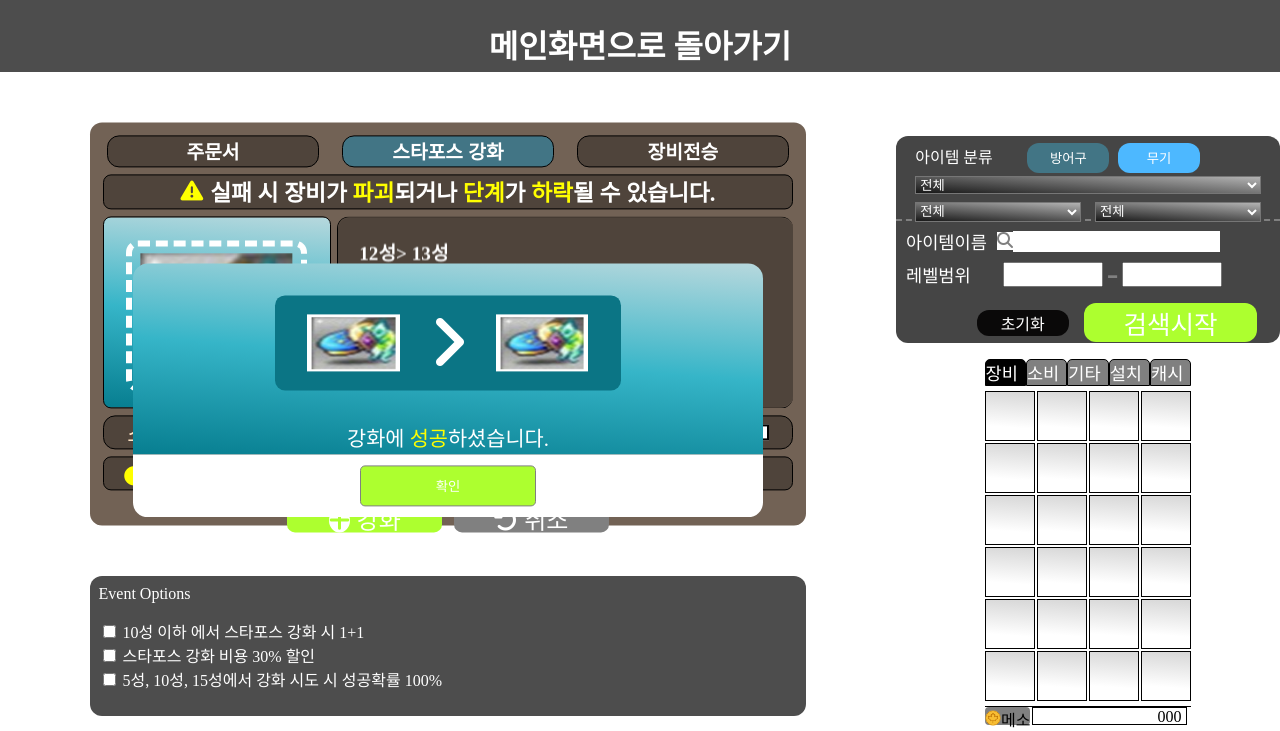
Repository: Unique0902/maple-sim
Page: starsim.html
These files come from the project's save history. The page is drawn as it stood at one moment and after the next save; the edit follows.
The browser window is 1280 px wide. The pictures show the whole page.
Some web libraries are served in a nearby version.

Above is the page before, as saved 2022-07-19 00:40:45.

After the next save:
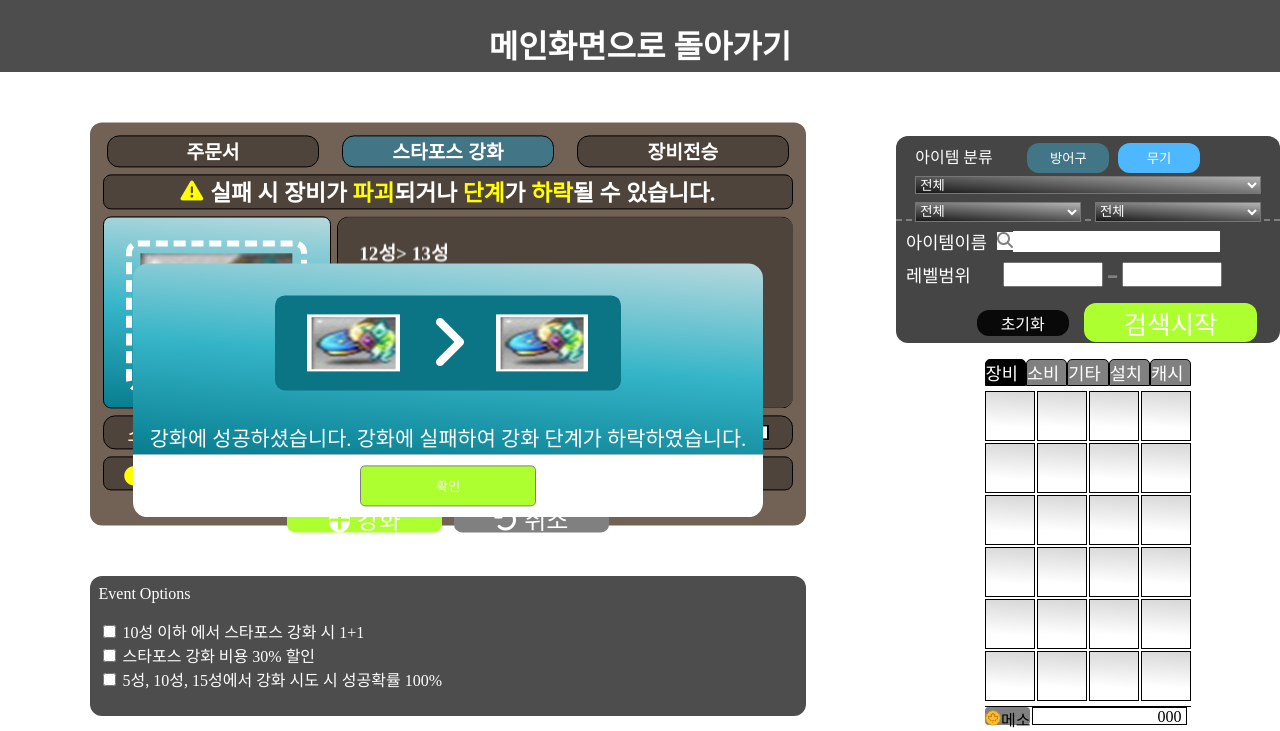
Saved 111 s later.
--- a/starsim.html
+++ b/starsim.html
@@ -146,7 +146,8 @@
                 </div>
               </div>
               <div class="reinforceResultBox__description">
-                <span id="resultSuccessText">강화에 <span class="yellow">성공</span>하셨습니다.</span>
+                <span id="resultSuccessText">강화에 <span id="yellow">성공</span>하셨습니다.</span>
+                <span id="resultFailText">강화에 <span id="red">실패</span>하여 강화 단계가 <span id="red">하락</span>하였습니다.</span>
               </div>
             </div>
             <div class="reinforceResultBox__buttonsBlock">
